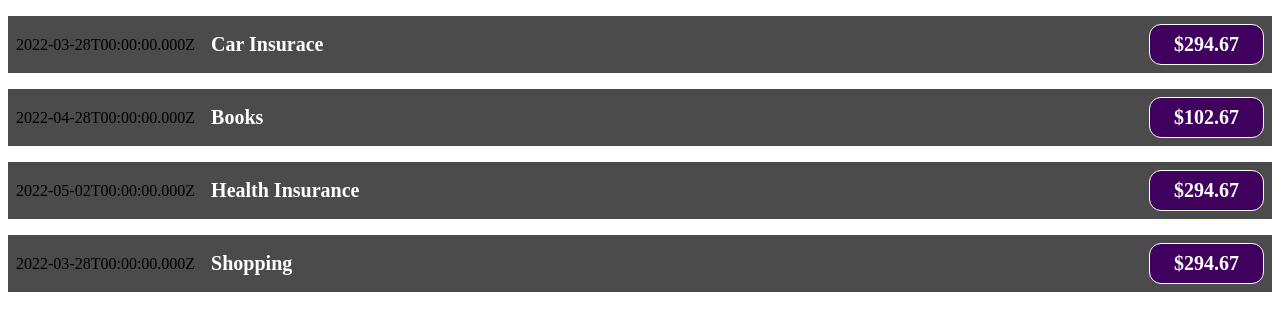
Repository: AbrorjonKuchkarov/expence-tracker-react
Page: /
An editor plug-in stored every save of this project. The page is shown before and after the next save, followed by the edit.
The browser window is 1280 px wide. The pictures show the whole page.
The project was rebuilt for these pictures with package versions that can differ from the ones it lists, and the page was loaded fresh each time. Also part of the build but not shown: src/App.css.

Above is the page before, as saved 2022-04-13 15:50:17.

After the next save:
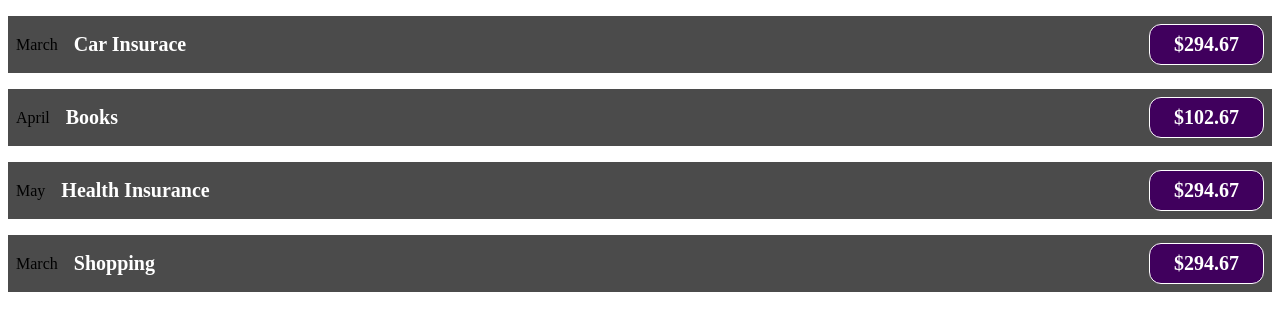
Saved 7 min 57 s later.
--- a/src/components/ExpenseItem.js
+++ b/src/components/ExpenseItem.js
@@ -4,7 +4,11 @@ import "./ExpenseItem.css";
 const ExpenseItem = (props) => {
   return (
     <div className="expense-item">
-      <div>{props.date.toISOString()}</div>
+      <div>
+        <div>{props.date.toLocaleString("en-US", { month: "long" })}</div>
+        <div></div>
+        <div></div>
+      </div>
       <div className="expense-item__description">
         <h2>{props.title}</h2>
         <div className="expense-item__price">${props.amount}</div>
